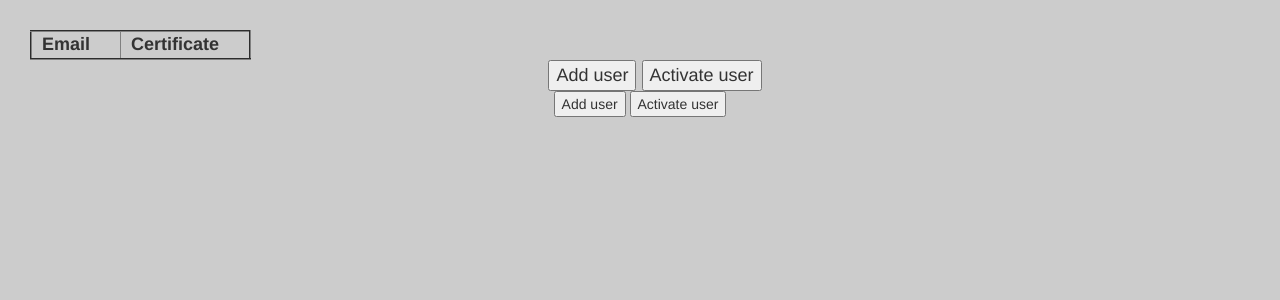
Repository: marijabroceta/ProjekatIB
Page: IB_Project_Shell/src/main/resources/static/main_page.html
The author's editor kept a copy of each file at every save. The page is drawn from the files as they stood at one save, then again after the next save.
The browser window is 1280 px wide. The pictures show the whole page.
The page's requests for data from a server got no answer.

Above is the page before, as saved 2018-06-30 18:08:30.

After the next save:
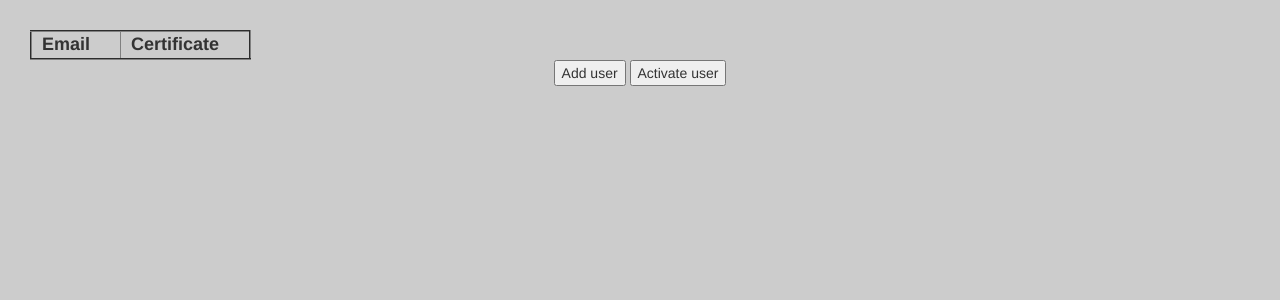
Saved 25 s later.
--- a/IB_Project_Shell/src/main/resources/static/main_page.html
+++ b/IB_Project_Shell/src/main/resources/static/main_page.html
@@ -16,8 +16,7 @@
 				<th>Certificate</th>
 			</tr>
 		</table>
-		<button id="add_user">Add user</button>
-		<button id="activate_user">Activate user</button>
+
 		<div id="add_form">
 			<form name="add_user_form" method="post" id="add_user_form">
 		       	<label for="email">Email</label>
